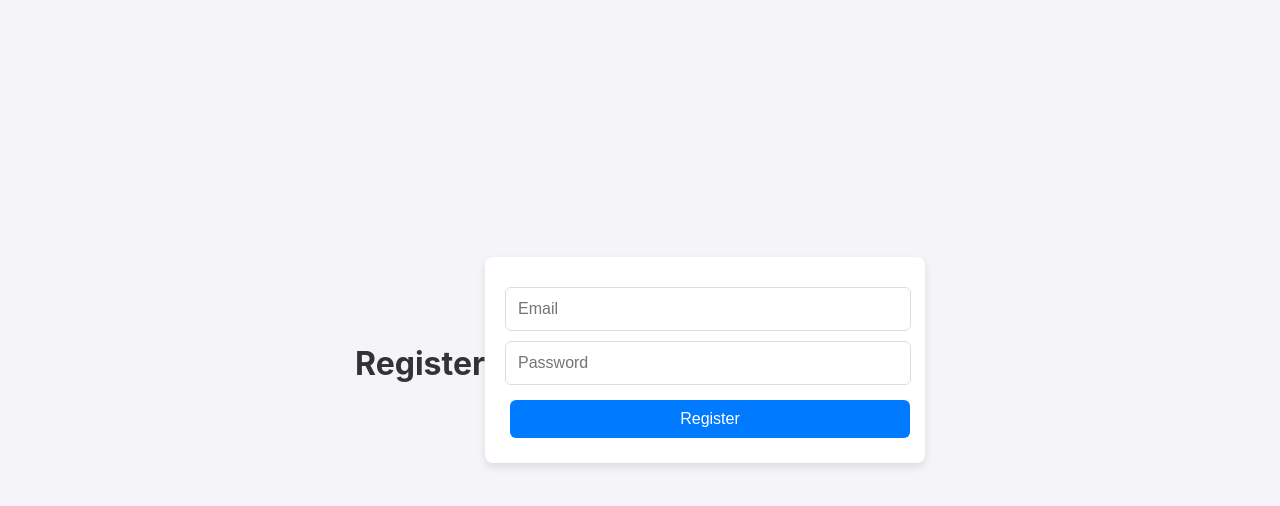
Repository: ChristhurasaRoshan/Expense-Tracker
Page: /register
These files come from the project's save history. The page is drawn as it stood at one moment and after the next save; the edit follows.
The browser window is 1280 px wide. The pictures show the whole page.
The project was rebuilt for these pictures with package versions that can differ from the ones it lists, and the page was loaded fresh each time. Also part of the build but not shown: src/Styles/Sidebar.css, src/Components/Sidebar.jsx, src/Styles/Header.css, src/Components/Header.jsx, src/Styles/Card.css, src/Components/Card.jsx, src/Components/TransactionList.jsx, src/Styles/ExpenseChart.css and 9 more.

Above is the page before, as saved 2024-08-22 12:36:04.

After the next save:
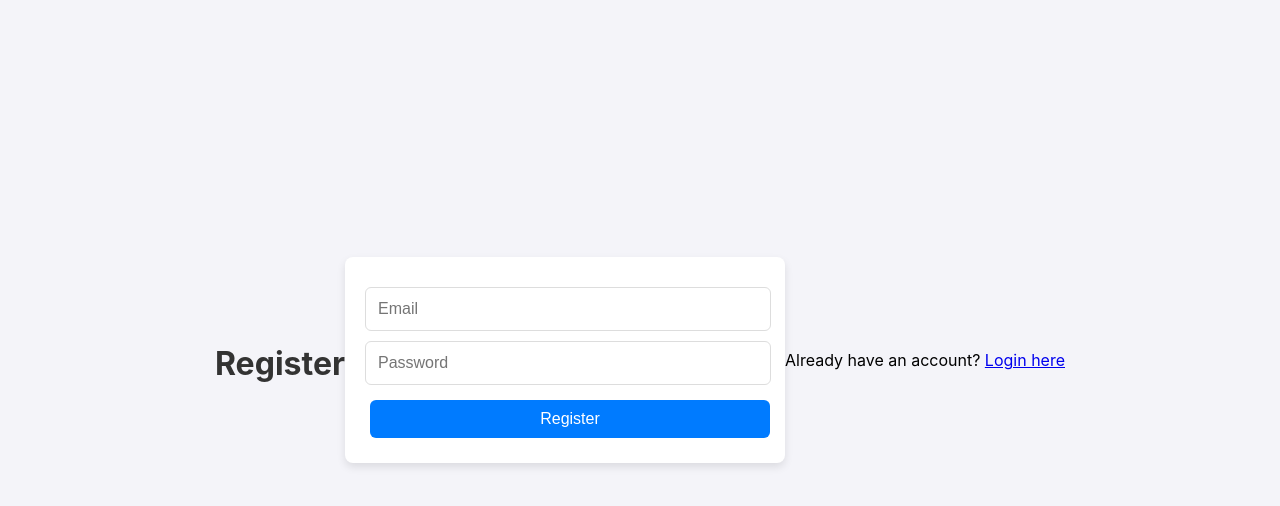
Saved 2 min 33 s later.
--- a/src/Components/RegisterPage.jsx
+++ b/src/Components/RegisterPage.jsx
@@ -3,7 +3,7 @@ import React, { useState } from 'react';
 import { useDispatch } from 'react-redux';
 import { register } from '../slices/authSlice';
 import { useNavigate } from 'react-router-dom';
-import '../Styles/RegisterPage.css'; // Import the CSS file
+import '../styles/RegisterPage.css';
 
 const RegisterPage = () => {
   const [email, setEmail] = useState('');
@@ -13,11 +13,9 @@ const RegisterPage = () => {
 
   const handleSubmit = (e) => {
     e.preventDefault();
-    // Basic validation
     if (email && password) {
-      // Mock registration
       dispatch(register({ email }));
-      navigate('/dashboard');
+      navigate('/login'); // Redirect to login page after registration
     }
   };
 
@@ -41,6 +39,9 @@ const RegisterPage = () => {
         />
         <button type="submit">Register</button>
       </form>
+      <div className="redirect-link">
+        <p>Already have an account? <a href="/login">Login here</a></p>
+      </div>
     </div>
   );
 };
